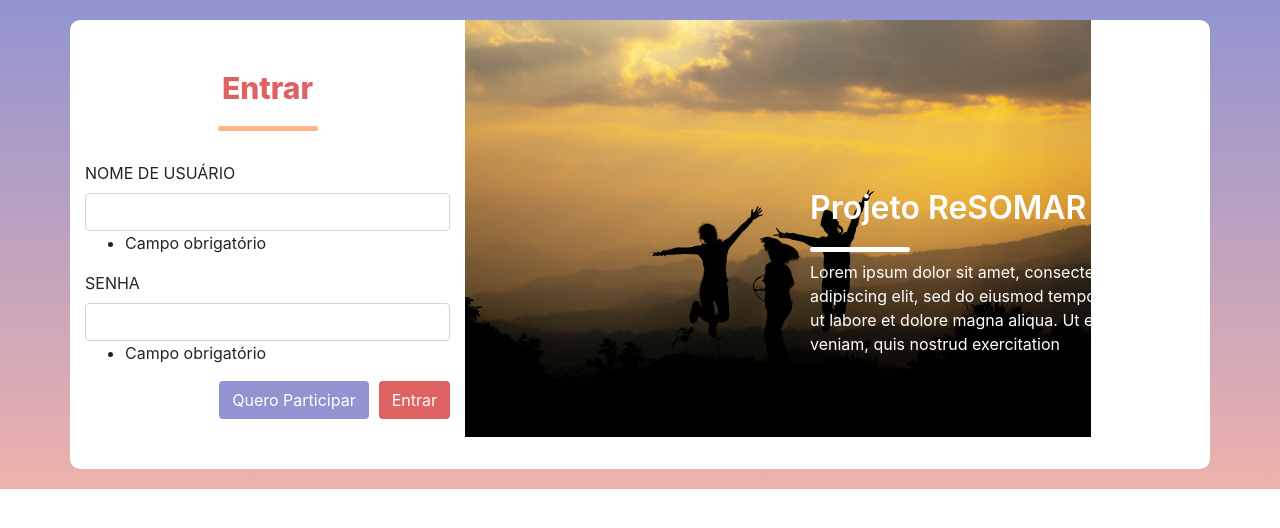
Repository: juniorSchulz17/reSOMAR
Page: Resomar/WebContent/View/login/login.html
An editor plug-in stored every save of this project. The page is shown before and after the next save, followed by the edit.
The browser window is 1280 px wide. The pictures show the whole page.

Above is the page before, as saved 2018-12-11 22:34:15.
Console error: TypeError: Cannot read properties of undefined (reading 'fn')

### Resomar/WebContent/View/login/login.html
<!DOCTYPE html>
<html>
<head>
<meta charset="ISO-8859-1">
<title>Insert title here</title>

<link rel="stylesheet" href="login.css"/>
<link rel="stylesheet" href="../assets/css/bootstrap.min.css"/>


<script type="text/javascript" src="../assets/js/bootstrap.min.js"></script>
<script type="text/javascript" src="../assets/js/angular.js"></script>

</head>
<body>
<div class="login-block">
  <div class="container">
    <div class="row">
      <div class="col-md-4 login-sec">
        <h2 class="text-center">Entrar</h2>
        <form class="login-form" #myForm = "ngForm">
          <div class="form-group" ng-class="{'has-error': !user.valid && (user.dirty || user.touched)}">
            <label for="userName" class="text-uppercase">Nome de Usuário</label>
            <input type="text" class="form-control" id="userName" placeholder="" name="userName" ng-model="userName"
              #user="ngModel" required>
            <span class="help-block" ng-if="user.errors && (user.dirty || user.touched)">
              <ul>
                <li ng-if="user.errors.required">
                  Campo obrigatório
                </li>
              </ul>
            </span>
          </div>

          <div class="form-group" ng-class="{'has-error': !pass.valid && (pass.dirty || pass.touched)}">
            <label for="exampleInputPassword1" class="text-uppercase">Senha</label>
            <input type="password" class="form-control" placeholder="" name="password" ng-model="password" #pass="ngModel"
              required>
            <span class="help-block" ng-if="pass.errors && (pass.dirty || pass.touched)">
              <ul>
                <li ng-if="pass.errors.required">
                  Campo obrigatório
                </li>
              </ul>
            </span>
          </div>
          <div class="form-check">
            <button type="submit" class="btn btn-login float-right" [disabled]="!myForm.valid">Entrar</button>

            <button type="button" class="btn btn-login float-right btnParticipation">Quero Participar</button>
          </div>
        </form>
      </div>
      <div class="col-md-8 banner-sec">
        <div id="carouselExampleIndicators" class="carousel slide" data-ride="carousel">
          <div class="carousel-inner">
            <div class="carousel-item active">
              <img class="d-block img-fluid" src="../assets/images/background-login.jpg" alt="First slide">
              <div class="banner-text">
                <h2>Projeto ReSOMAR</h2>
                <p>Lorem ipsum dolor sit amet, consectetur adipiscing elit, sed do eiusmod tempor incididunt ut
                  labore et dolore magna aliqua. Ut enim ad minim veniam, quis nostrud exercitation</p>
              </div>
            </div>
          </div>
        </div>
      </div>
    </div>
  </div>
</div>
</body>
</html>

### Resomar/WebContent/View/login/login.css

.login-block {
background: #DE6262;
/* fallback for old browsers */
background: -webkit-linear-gradient(to bottom, #FFB88C, #DE6262);
/* Chrome 10-25, Safari 5.1-6 */
background: linear-gradient(to bottom, #9194d1, #edb1ab);
/* W3C, IE 10+/ Edge, Firefox 16+, Chrome 26+, Opera 12+, Safari 7+ */
float: left;
width: 100%;
padding: 20px 0;
}
.banner-sec {
background-size: cover;
border-radius: 0 10px 10px 0;
padding: 0;
}
.btnParticipation {
margin-right: 10px;
background: #9194d1 !important;
}

.container {
background: #fff;
border-radius: 10px;
}

.carousel-inner {
border-radius: 0 10px 10px 0;
}

div.col-md-4.login-sec {
	padding-right: 0 !important;
}

.carousel-caption {
text-align: left;
left: 5%;
}

.login-sec {
padding: 50px 30px;
position: relative;
}

.login-sec .copy-text {
position: absolute;
width: 80%;
bottom: 20px;
font-size: 13px;
text-align: center;
}

.login-sec .copy-text i {
color: #FEB58A;
}

.login-sec .copy-text a {
color: #E36262;
}

.login-sec h2 {
margin-bottom: 30px;
font-weight: 800;
font-size: 30px;
color: #DE6262;
}

.login-sec h2:after {
content: " ";
width: 100px;
height: 5px;
background: #FEB58A;
display: block;
margin-top: 20px;
border-radius: 3px;
margin-left: auto;
margin-right: auto
}

.btn-login {
background: #DE6262;
color: #fff;
font-weight: 600;
}

.banner-text {
position: absolute;
bottom: 65px;
padding-left: 345px;
}

.banner-text h2 {
color: #fff;
font-weight: 600;
}

.banner-text h2:after {
content: " ";
width: 100px;
height: 5px;
background: #FFF;
display: block;
margin-top: 20px;
border-radius: 3px;
}

.banner-text p {
color: #fff;
}

Loaded but not shown: Resomar/WebContent/assets/css/bootstrap.min.css (library); Resomar/WebContent/assets/js/bootstrap.min.js (library); Resomar/WebContent/assets/js/angular.js (library)

After the next save:
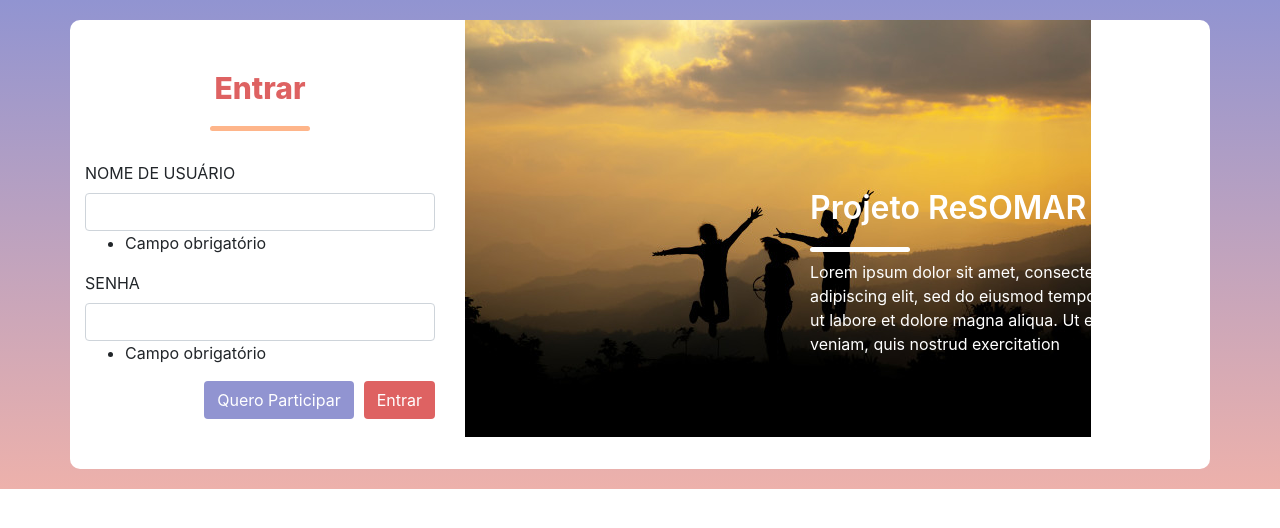
Saved 52 s later.
--- a/Resomar/WebContent/View/login/login.css
+++ b/Resomar/WebContent/View/login/login.css
@@ -30,7 +30,7 @@
 }
 
 div.col-md-4.login-sec {
-	padding-right: 0 !important;
+	padding-right: 0 px !important;
 }
 
 .carousel-caption {

After the save that followed:
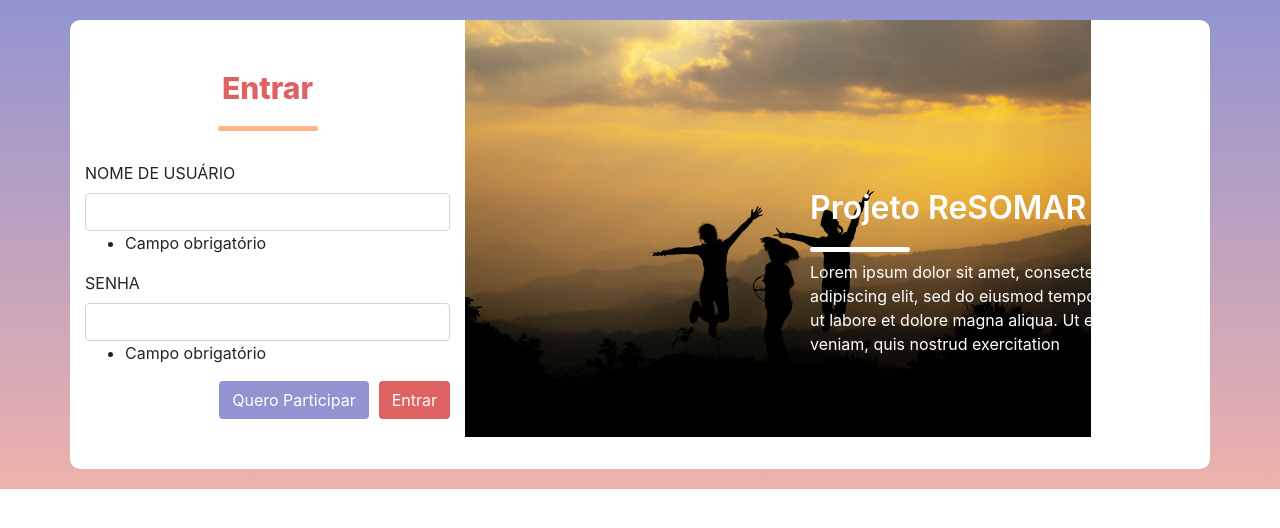
Saved 7 s later.
--- a/Resomar/WebContent/View/login/login.css
+++ b/Resomar/WebContent/View/login/login.css
@@ -30,7 +30,7 @@
 }
 
 div.col-md-4.login-sec {
-	padding-right: 0 px !important;
+	padding-right: 0 !important;
 }
 
 .carousel-caption {
